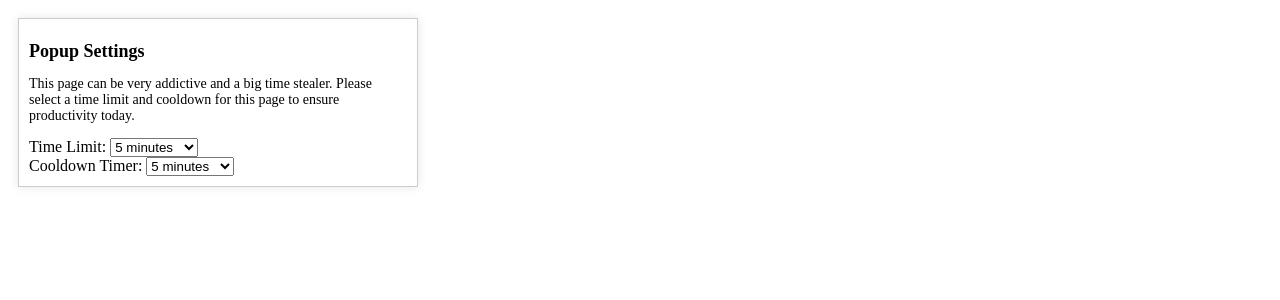
Repository: AndrlmMass/Time-management-chrome-extension
Page: popup2.html
An editor plug-in stored every save of this project. The page is shown before and after the next save, followed by the edit.
The browser window is 1280 px wide. The pictures show the whole page.

Above is the page before, as saved 2023-08-24 20:42:16.

### popup2.html
<!DOCTYPE html>
<html>
<head>
  <title>My Extension Popup</title>
  <link rel="stylesheet" type="text/css" href="popup.css">
  <script src="popup.js"></script>
</head>
<body>
  <div id="popup-container">
    <h1>Popup Settings</h1>
    <p>This page can be very addictive and a big time stealer. Please select a time limit and cooldown for this page to ensure productivity today.</p>
    <label for="time-limit">Time Limit:</label>
    <select id="time-limit" name="time-limit">
      <option value="300">5 minutes</option>
      <option value="600">10 minutes</option>
      <option value="1800">30 minutes</option>
      <option value="2700">45 minutes</option>
      <option value="3600">1 hour</option>
      <option value="7200">2 hours</option>
      <option value="10800">3 hours</option>
      <option value="14400">4 hours</option>
      <option value="18000">5 hours</option>
    </select>
    <br>
    <label for="cooldown">Cooldown Timer:</label>
    <select id="time-limit" name="time-limit">
      <option value="300">5 minutes</option>
      <option value="600">10 minutes</option>
      <option value="1800">30 minutes</option>
      <option value="2700">45 minutes</option>
      <option value="3600">1 hour</option>
      <option value="7200">2 hours</option>
      <option value="10800">3 hours</option>
      <option value="14400">4 hours</option>
      <option value="18000">5 hours</option>
    </select>
  </div>
</body>
</html>

### popup.css
body {
  width: 400px;
  padding: 10px;
}

#popup-container {
  padding: 10px;
  background-color: #fff;
  border: 1px solid #ccc;
  box-shadow: 0 0 10px rgba(0, 0, 0, 0.1);
}

h1 {
  font-size: 18px;
  margin-bottom: 10px;
}

p {
  font-size: 14px;
}

#close-button {
  margin-top: 10px;
  display: none;
}

### popup.js
document.addEventListener("DOMContentLoaded", function () {
  var closeButton = document.querySelector(".popup-close");
  var popupContainer = document.getElementById("popup-container");
  });

After the next save:
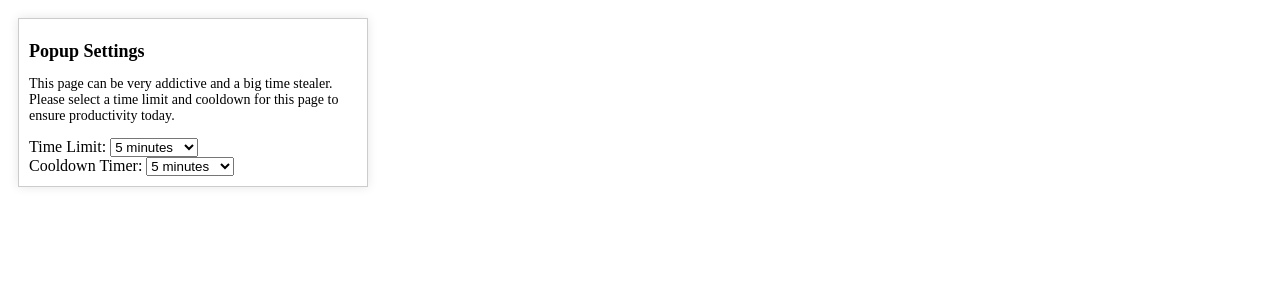
Saved 19 s later.
--- a/popup.css
+++ b/popup.css
@@ -1,5 +1,5 @@
 body {
-  width: 400px;
+  width: 350px;
   padding: 10px;
 }
 
